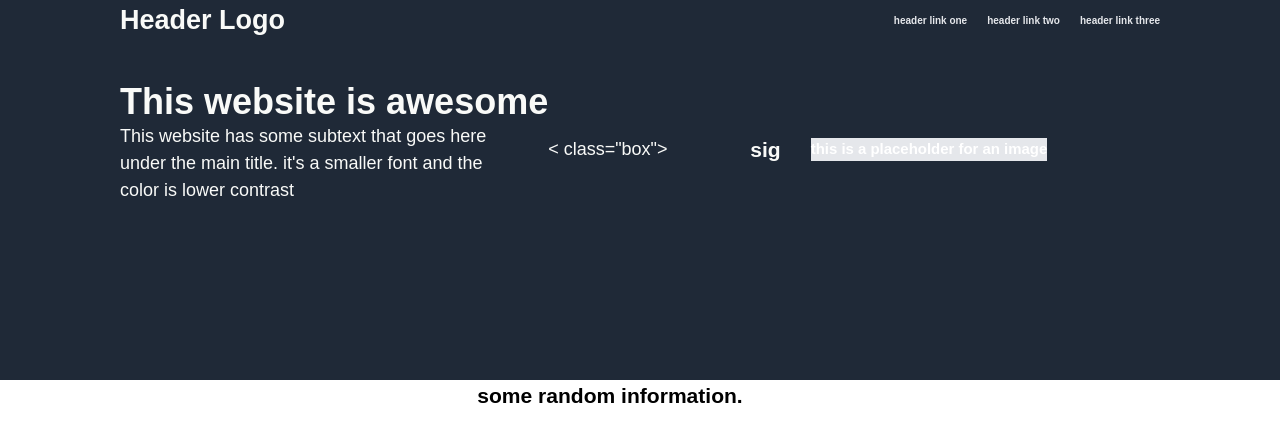
Repository: Grace561/css-exercises
Page: index.html
An editor plug-in stored every save of this project. The page is shown before and after the next save, followed by the edit.
The browser window is 1280 px wide. The pictures show the whole page.

Above is the page before, as saved 2025-04-18 02:51:01.

### index.html
<!DOCTYPE html>
<html lang="en">
<head>
    <meta charset="UTF-8">
    <meta name="viewport" content="width=device-width, initial-scale=1.0">
    <link rel="stylesheet" href="style.css">
    <title>Landing-Page</title>
</head>
<body>
   <nav class="navbar">
    <div class="container">
        <div class="Logo"><h2>Header Logo</h2></div>
        <ul class="nav">
           <li>
            <a href="#"><h4>header link one</h4></a>
           </li>
           <li>
            <a href="#"><h4>header link two</h4></a>
           </li>
           <li>
            <a href="#"><h4>header link three</h4></a>
           </li>
        </ul>
    </div>
   </nav>

   <header class="header">
    <div class="container">
        <div>
            <h1>This website is awesome</h1>
            <p>
                This website has some subtext that goes here under the
                main title. it's a smaller font and the color is lower
                contrast
            </p>
        </div>
        < class="box">
            <div class="container">
                <div class="box">
                    <h3>sig</h3>
            </div>
        <div class="boxes">
           <div class="container">
                <div class="box">
            <h5>this is a placeholder for an image</h5>
        </div>
   </header>
   <section class="boxes">
    <div class="container">
        <div class="box">
          <h3>some random information.</h3>
        </div>
    <div class="box">
        <div class="container">
            <div class="box">


    </div>
    </div>
   </section>
</body>
</html>

### style.css
*{
    box-sizing: border-box;
    margin: 0;
    padding: 0;
}

body{
    font-family: 'poppins',sans-serif;
    font-size: 18px;
    line-height: 1.5;
    color: #000;
    background:#ffff;
}
p{
    margin-bottom: 15px;
}

ul{
    list-style: none;
}

.container{
    max-width: 1100px;
    margin: 0 auto;
    padding: 0 30px;
}
.navbar{
    background:#1f2937;
    color:#f9faf8;
    height: 80px;
}
h3.Logo{
    font-size: 24px;
    font-weight:bold;

}

a{
    color:#e5e7eb;
    text-decoration: none;
    font-size: x-small;

}
.container{
    display: flex;
    justify-content: space-between;
    align-items: center;

}

ul{
    display: flex
}
ul li {
    margin-left: 20px;
}
.header{
    background-color:#1f2937;
    color:#f9faf8;
    min-height: 300px;
}

.header h1{
    font: weight 3rem;
    font-weight: 900;
    line-height: 1.2;
}

.header p{
    max-width: 400px;
}
.container{
    display: flex;
    align-items:center;
    justify-content: space-between;
}
.box.container{
    display: flex;
    justify-content: space-between;
}
.box h5{
    flex: 1;
    background:#e5e7eb;
    color:#ffff;


}
.boxes .container{
    display: flex;
    font-weight: 900;
    justify-content: center;

}

After the next save:
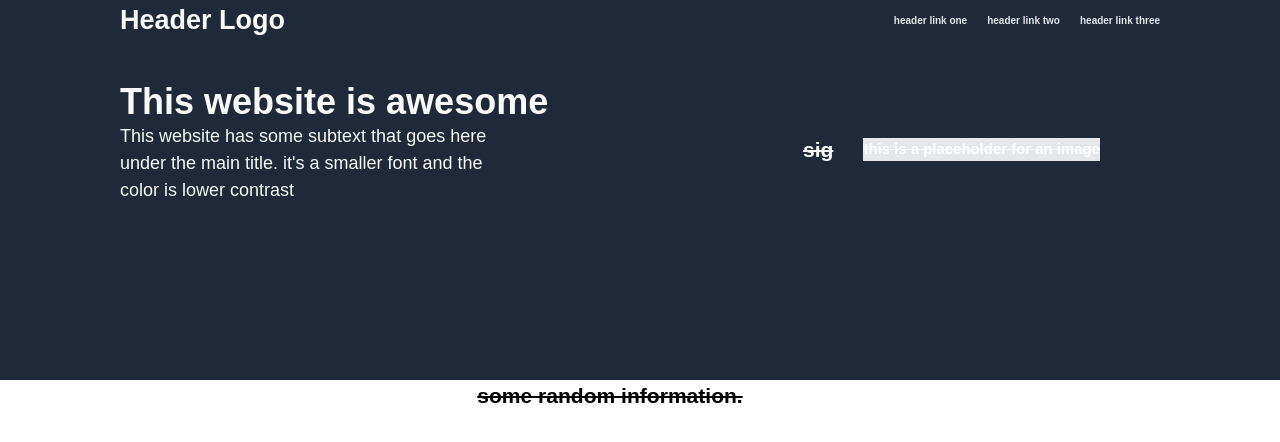
Saved 4 s later.
--- a/index.html
+++ b/index.html
@@ -34,7 +34,7 @@
                 contrast
             </p>
         </div>
-        < class="box">
+        <s class="box">
             <div class="container">
                 <div class="box">
                     <h3>sig</h3>
